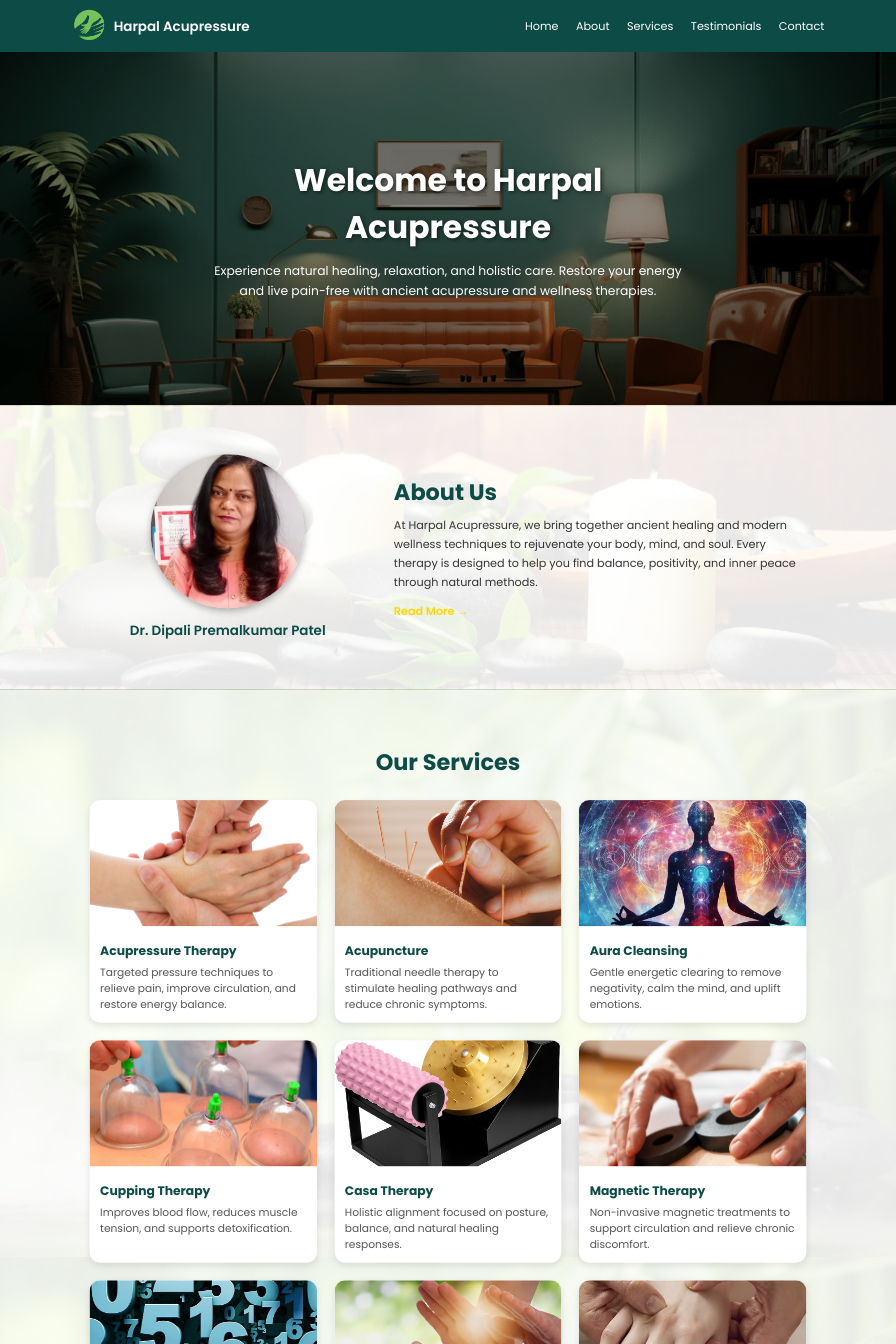
Repository: swasthiik/my-websites
Page: index.html
The author's editor kept a copy of each file at every save. The page is drawn from the files as they stood at one save, then again after the next save.
The browser window is 1280 px wide. The pictures show the part of the page from y = 0 to 1920 px (the page is 3692 px tall before and 3557 px after), at 70% of full size.
Backgrounds fixed to the window are drawn as part of the page.

Above is the page before, as saved 2025-10-29 16:52:26.

After the next save:
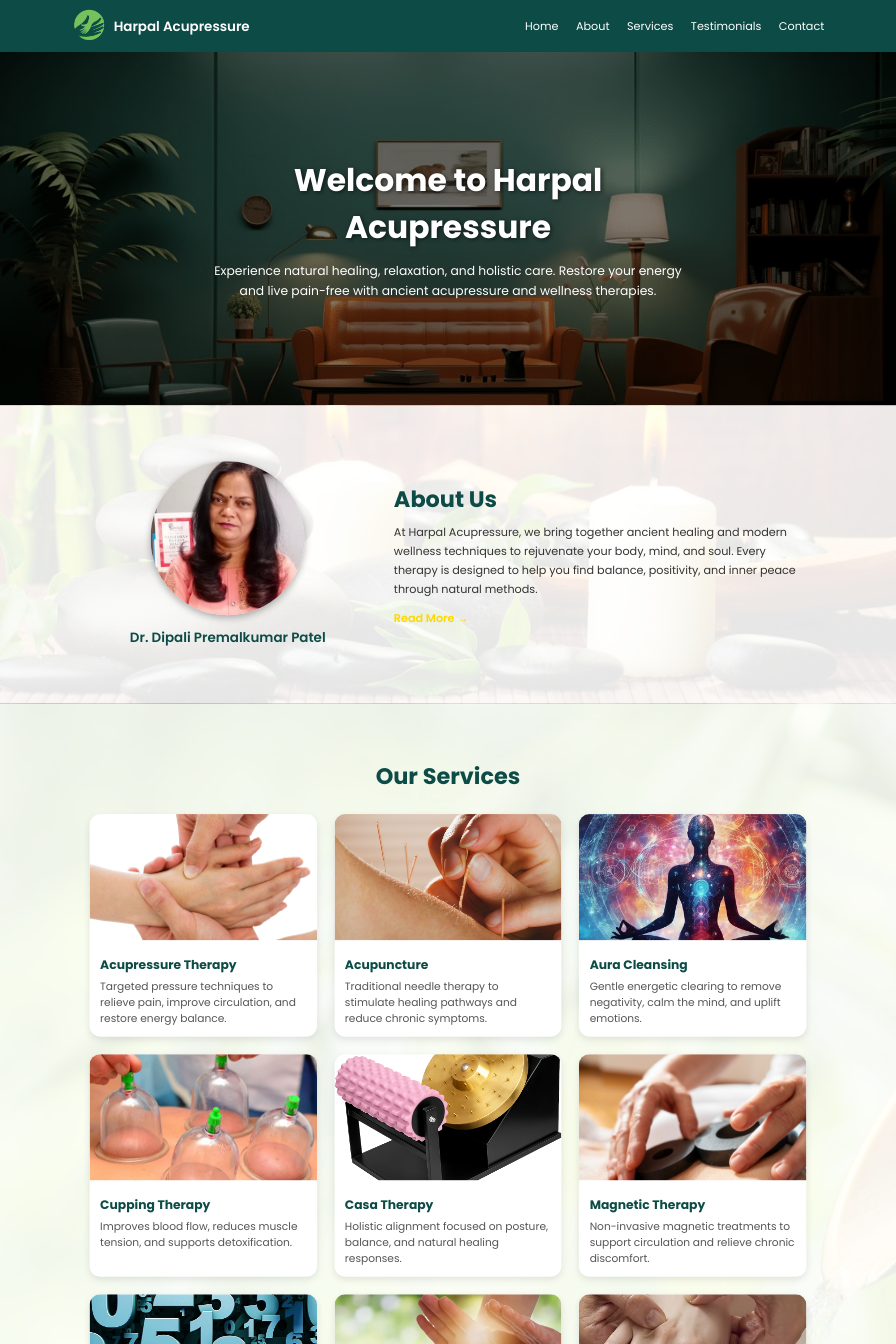
Saved 40 min 17 s later.
--- a/index.html
+++ b/index.html
@@ -11,6 +11,7 @@
       font-family: 'Poppins', sans-serif;
       background-color: #fdfdfd;
       color: #333;
+      scroll-behavior: smooth;
     }
 
     /* HEADER */
@@ -40,7 +41,6 @@
       font-size: 1.2rem;
       font-weight: 600;
     }
-
     nav ul {
       list-style: none;
       display: flex;
@@ -55,8 +55,6 @@
     nav ul li a:hover {
       color: #ffd700;
     }
-
-    /* HAMBURGER MENU */
     .menu-toggle {
       display: none;
       flex-direction: column;
@@ -83,7 +81,7 @@
       position: absolute;
       top: 0; left: 0;
       width: 100%; height: 100%;
-      background: rgba(0,0,0,0.45);
+      background: rgba(0,0,0,0.5);
       z-index: 0;
     }
     .hero-content {
@@ -106,8 +104,7 @@
     /* ABOUT */
     #about {
       background: url('images/background2.jpg') no-repeat center center/cover;
-      background-attachment: fixed;
-      padding: 70px 10%;
+      padding: 80px 10%;
       position: relative;
     }
     #about::before {
@@ -166,7 +163,6 @@
     /* SERVICES */
     #services {
       background: url('images/background3.jpg') no-repeat center center/cover;
-      background-attachment: fixed;
       padding: 80px 10%;
       text-align: center;
       position: relative;
@@ -174,8 +170,7 @@
     #services::before {
       content: '';
       position: absolute;
-      top: 0; left: 0;
-      width: 100%; height: 100%;
+      inset: 0;
       background: rgba(255,255,255,0.9);
       z-index: 0;
     }
@@ -200,9 +195,7 @@
       overflow: hidden;
       transition: transform 0.3s;
     }
-    .service-card:hover {
-      transform: translateY(-5px);
-    }
+    .service-card:hover {transform: translateY(-5px);}
     .service-card img {
       width: 100%;
       height: 180px;
@@ -225,7 +218,6 @@
     /* TESTIMONIALS */
     #testimonials {
       background: url('images/background4.jpg') no-repeat center center/cover;
-      background-attachment: fixed;
       padding: 80px 10%;
       color: #fff;
       text-align: center;
@@ -234,15 +226,11 @@
     #testimonials::before {
       content: '';
       position: absolute;
-      top: 0; left: 0;
-      width: 100%; height: 100%;
+      inset: 0;
       background: rgba(0,0,0,0.6);
       z-index: 0;
     }
-    #testimonials .inner {
-      position: relative;
-      z-index: 1;
-    }
+    #testimonials .inner {position: relative; z-index: 1;}
     #testimonials h2 {
       color: #ffd700;
       font-size: 2rem;
@@ -293,9 +281,7 @@
       font-weight: 500;
       margin-right: 5px;
     }
-    .btn:hover {
-      background: #046d62;
-    }
+    .btn:hover {background: #046d62;}
     .final-line {
       text-align: center;
       margin-top: 40px;
@@ -325,26 +311,15 @@
         padding: 15px 0;
         display: none;
       }
-      nav ul.show {
-        display: flex;
-      }
+      nav ul.show {display: flex;}
       nav ul li {
         text-align: center;
         margin: 8px 0;
       }
-      .menu-toggle {
-        display: flex;
-      }
-      .hero-content h1 {
-        font-size: 2rem;
-      }
-      .hero-content p {
-        font-size: 1rem;
-      }
-      #about .inner {
-        flex-direction: column;
-        text-align: center;
-      }
+      .menu-toggle {display: flex;}
+      .hero-content h1 {font-size: 2rem;}
+      .hero-content p {font-size: 1rem;}
+      #about .inner {flex-direction: column; text-align: center;}
     }
   </style>
 </head>
@@ -440,44 +415,21 @@
       </div>
 
       <div class="contact-center">
-        <h3>Visit Us</h3>
-        <p><strong>DR. DIPALI PREMALKUMAR PATEL</strong><br>Marma Magnetic & Sujok Therapist</p>
-        <p><strong>Clinic Address:</strong><br>Shop No. 3, Samanvay North Park,<br>Opp Darshanam King Square,<br>Ankodiya Road, Panchvati, Vadodara,<br>Ankodiya, Gujarat - 390016</p>
-        <p><a href="https://maps.app.goo.gl/6wJNQphf7XSe5wKk8" target="_blank" style="color:#ffd700;text-decoration:none;">📍 Open in Google Maps</a></p>
-        <p><strong>Residence Address:</strong><br>
-          B-25, Nipa Tenament No.2,<br>
-          B/H Jesal Society, Gorwa,<br>
-          Opp. Sahyog Society,<br>
-          Vadodara, Gujarat - 390016
-        </p>
-      </div>
-
-      <div class="quick-links">
-        <h4>Quick Links</h4>
-        <ul style="list-style:none;padding-left:0;">
-          <li><a href="#home" style="color:#0c4b46;text-decoration:none;">Home</a></li>
-          <li><a href="#about" style="color:#0c4b46;text-decoration:none;">About</a></li>
-          <li><a href="#services" style="color:#0c4b46;text-decoration:none;">Services</a></li>
-          <li><a href="#testimonials" style="color:#0c4b46;text-decoration:none;">Testimonials</a></li>
-          <li><a href="#contact" style="color:#0c4b46;text-decoration:none;">Contact</a></li>
-        </ul>
-      </div>
-    </div>
-
-    <p class="final-line">We are dedicated to your holistic healing and happiness.</p>
-  </section>
-
-  <footer>
-    &copy; 2025 Harpal Acupressure | All Rights Reserved
-  </footer>
-
-  <script>
-    const menuToggle = document.getElementById('menu-toggle');
-    const navList = document.getElementById('nav-list');
-    menuToggle.addEventListener('click', () => {
-      navList.classList.toggle('show');
-    });
-  </script>
-
-</body>
-</html>
+  <h3>Visit Us</h3>
+  <p><strong>DR. DIPALI PREMALKUMAR PATEL</strong><br>
+  Marma Magnetic & Sujok Therapist</p>
+
+  <p><strong>Clinic Address:</strong><br>
+  Shop No. 3, Samanvay North Park,<br>
+  Opp. Darshanam King Square,<br>
+  Ankodiya Road, Panchvati, Vadodara,<br>
+  Ankodiya, Gujarat - 390016</p>
+
+  <p><a href="https://maps.app.goo.gl/6wJNQphf7XSe5wKk8" target="_blank" style="color:#ffd700;text-decoration:none;">
+  📍 Open in Google Maps</a></p>
+
+  <p><strong>Residence Address:</strong><br>
+  B-25, Nipa Tenament,<br>
+  Near Shakti Nagar, Tarsali Road,<br>
+  Vadodara, Gujarat - 390009</p>
+</div>
